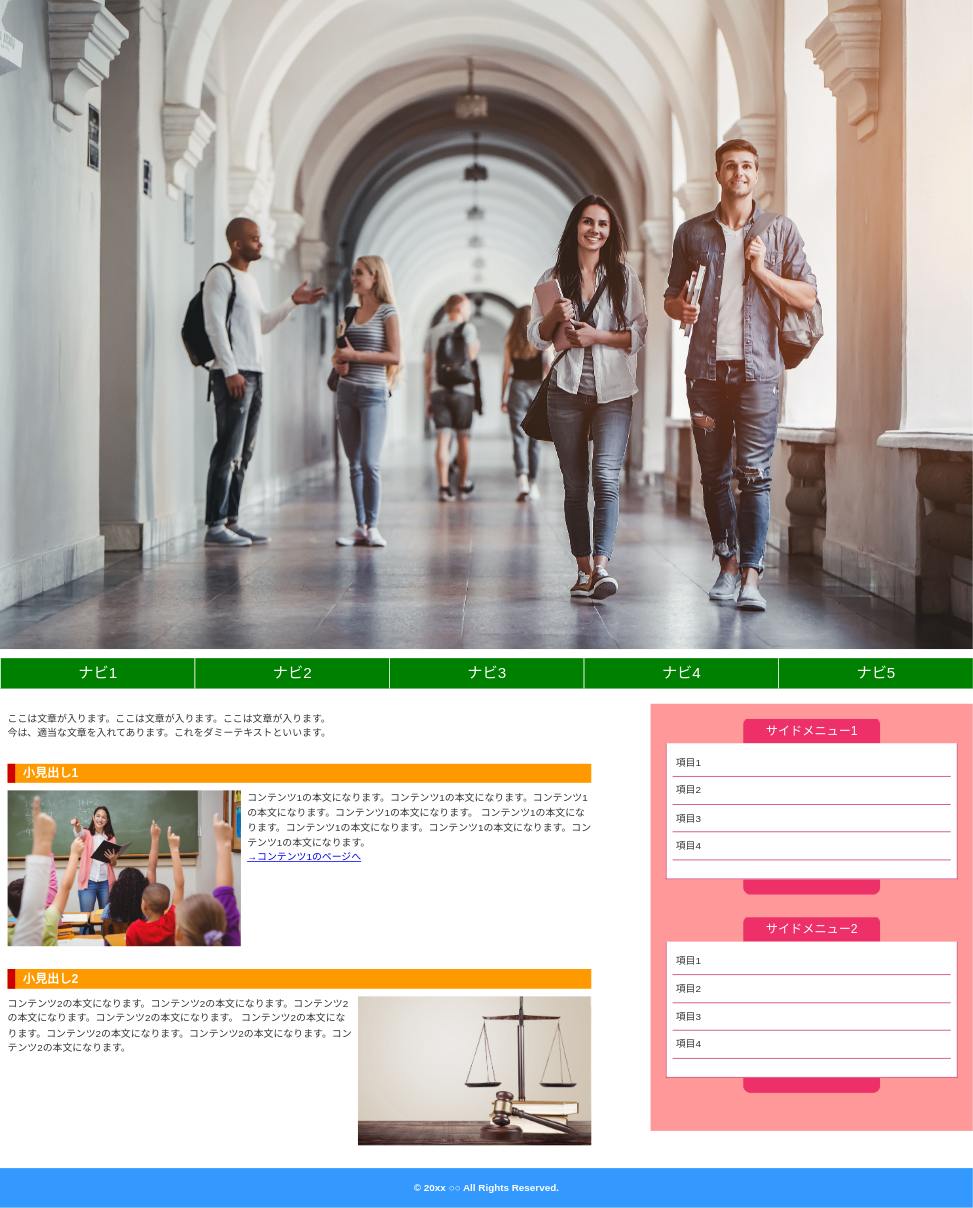
Repository: masyumaro7921/samurai_HTML-CSS
Page: home.html
The author's editor kept a record of every edit. The page is drawn from the files as they stood at one moment, then again after the next edit.
The browser window is 1280 px wide. The pictures show the whole page, at 76% of full size.
The pointer rests on the first visible `#nav ul li a`.

Above is the page before.

### home.html
<!DOCTYPE html>

<html lang="ja">

    <head>

        <meta charset="UTF-8">

        <title>HTML/CSSの学習</title>

        <link rel="stylesheet" href="stylesheet.css">

    </head>

    <body>

        <div id="header">

            <h1><a href="index.html"><img id="corridor" src="images/corridor.jpg" alt="大学の廊下" /></a></h1>

        </div>

        <div id="wrapper">

            <div id="nav">

                <ul>

                    <li><a href="home.html">ナビ1</a></li>

                    <li><a href="#">ナビ2</a></li>

                    <li><a href="#">ナビ3</a></li>

                    <li><a href="#">ナビ4</a></li>

                    <li><a href="#">ナビ5</a></li>

                </ul>

            </div>

            <div id="container">

                <div id="main">

                    <div class="post">

                        <p>ここは文章が入ります。ここは文章が入ります。ここは文章が入ります。<br />今は、適当な文章を入れてあります。これをダミーテキストといいます。</p>

                    </div>

                    <div class="post clearfix">

                        <h2>小見出し1</h2>

                        <img class="left" src="images/classroom.jpg" alt="授業風景" />

                        <p>

                            コンテンツ1の本文になります。コンテンツ1の本文になります。コンテンツ1の本文になります。コンテンツ1の本文になります。

                            コンテンツ1の本文になります。コンテンツ1の本文になります。コンテンツ1の本文になります。コンテンツ1の本文になります。

                        </p>

                        <p><a href="#">→コンテンツ1のページへ</a></p>

                    </div>

                    <div class="post clearfix">

                        <h2>小見出し2</h2>

                        <img class="right" src="images/scale.jpg" alt="天秤" />

                        <p>

                            コンテンツ2の本文になります。コンテンツ2の本文になります。コンテンツ2の本文になります。コンテンツ2の本文になります。

                            コンテンツ2の本文になります。コンテンツ2の本文になります。コンテンツ2の本文になります。コンテンツ2の本文になります。

                        </p>

                    </div>

                </div>

                <div id="side">

                    <div class="box">

                        <h2>サイドメニュー1</h2>

                        <div class="boxBody">

                            <ul>

                                <li>項目1</li>

                                <li>項目2</li>

                                <li>項目3</li>

                                <li>項目4</li>

                            </ul>

                        </div>

                    </div>

                    <div class="box">

                        <h2>サイドメニュー2</h2>

                        <div class="boxBody">

                            <ul>

                                <li>項目1</li>

                                <li>項目2</li>

                                <li>項目3</li>

                                <li>項目4</li>

                            </ul>

                        </div>

                    </div>

                </div>

            </div>

        </div>

        <div id="footer">

            <p>&copy; 20xx ○○ All Rights Reserved.</p>

        </div>

    </body>

</html>

### stylesheet.css
@charset "utf-8";


body {

	margin: 0;

	padding: 0;

	font-family: "ヒラギノ角ゴ Pro W3", "Hiragino Kaku Gothic Pro", "メイリオ", Meiryo, Osaka, "ＭＳ Ｐゴシック", "MS PGothic", sans-serif;

	color: #333;

	font-size: 13px;

	line-height: 150%;

}


/* -------------------- wrapper -------------------- */

#wrapper {

	width: 100%;

	margin: auto;

	padding: 0px;

	border: 0px;

	background-color: #FFF;

	top: 10px;

	position: relative;

}


/* -------------------- header -------------------- */

#header {

	width: 100%;

}

#header h1 {

	margin: 0;

	padding: 0;

}


#corridor {

	width: 100%;

	height: auto;

}


/* -------------------- footer -------------------- */

#footer {

	clear: both;

	width: 100%;

	padding: 3px 0 3px 0;

	background: #39F;

	color: #FFF;

	font-weight: bold;

	text-align: center;

}


/* -------------------- nav -------------------- */

#nav {

	width: 100%;

}

#nav ul {

	margin: 0;

	padding: 0;

	list-style-type: none;

}

#nav ul li {

	float: left;

	width: 20%;

	text-align: center;

}

#nav ul li a {

	display: block;

	height: 20px;

	margin: 0;

	padding: 10px;

	color: #FFF;

	font-size: 20px;

	text-decoration: none;

	background-color: green;

    border-left: 1px solid white;

}

#nav ul li a:hover {
	filter: drop-shadow(10px 10px 10px block);
}


/* -------------------- container -------------------- */

#container {

	width: 100%;

	margin: auto ;

	padding-top: 20px;

	clear: both;

}

/* -------------------- main -------------------- */

#main {

	float: left;

	width: 60%;

	padding: 10px 30px 10px 10px;

}

#main h2 {

	margin: 0 0 10px 0;

	padding: 3px 10px 3px 10px;

	color: #FFF;

	font-size: 16px;

	border-left: solid 10px #C00;

	background-color: #F90;

}

#main p {

	margin: 0;

	padding: 0;

}

#main .post {

	margin: 0 0 30px 0;

}


#main .post img.right {

	margin: 0 0 0 8px;

}

#main .post img.left {

	margin: 0 8px 0 0;

}


.right {

	float: right;

	width: 40%;

	height: auto;

}

.left {

	float: left;

	width: 40%;

	height: auto;

}


/* -------------------- clearfix -------------------- */

.clearfix {

	zoom: 1;

}

.clearfix:after{

	content: "";

	display: block;

	clear: both;

}
   /* -------------------- side -------------------- */
   #side {
       float: right;
       width: 30%;
       padding: 20px;
       background-color: #F99;
}
   #side .box {
       margin: 0 auto 30px auto;
       padding: 0 0 20px 0;
       background: url(images/side_box.png) bottom no-repeat;
}
   #side .box h2 {

       margin: 0;

       padding: 8px;

      text-align: center;

       color: #fff;

       font-size: 16px;

       line-height: 16px;

       font-weight: normal;

       background: url(images/side_box_h2.png) center no-repeat;
}
   #side .box .boxBody {

      padding: 8px;

      border-right: solid 1px #C36;

      border-bottom: solid 1px #C36;

      border-left: solid 1px #C36;

      background: #fff;
}
#side .box .boxBody ul {
       margin: 0 0 16px 0;
      padding: 0;
}
#side .box .boxBody ul li {
       padding: 8px 0 8px 4px;
       list-style: none;
       border-bottom: solid 1px #C36;
}

#side .box .boxBody ul li:hover {
	padding: 8px 0 8px 4px;
	list-style: none;
	border-bottom: solid 1px #C36;
	box-shadow: 0px 4px 4px rgda(0,0,0,0,3);

}

After the next edit:
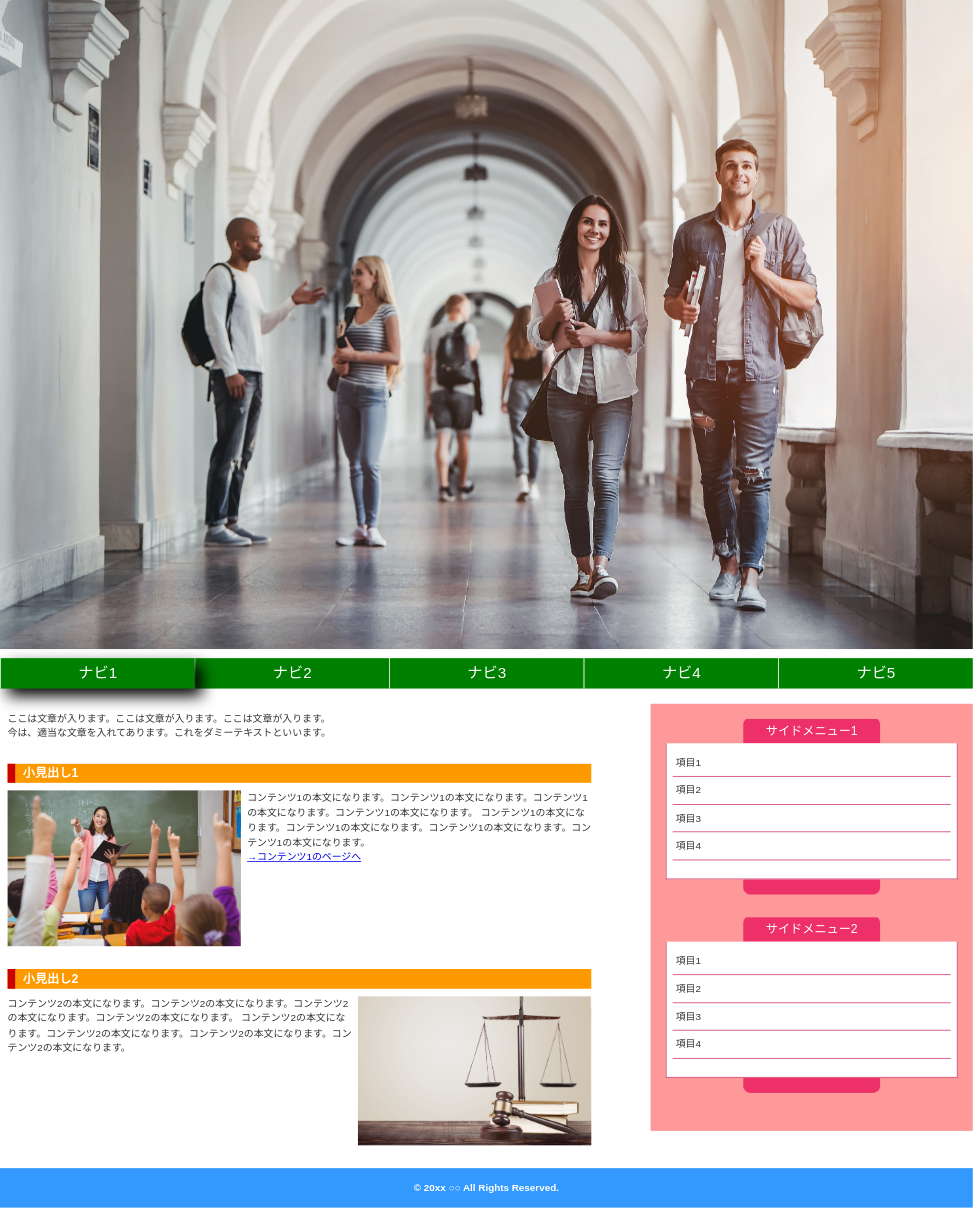
The edit:
--- a/stylesheet.css
+++ b/stylesheet.css
@@ -137,7 +137,7 @@
 }
 
 #nav ul li a:hover {
-	filter: drop-shadow(10px 10px 10px block);
+	filter: drop-shadow(10px 10px 10px black);
 }
 
 
